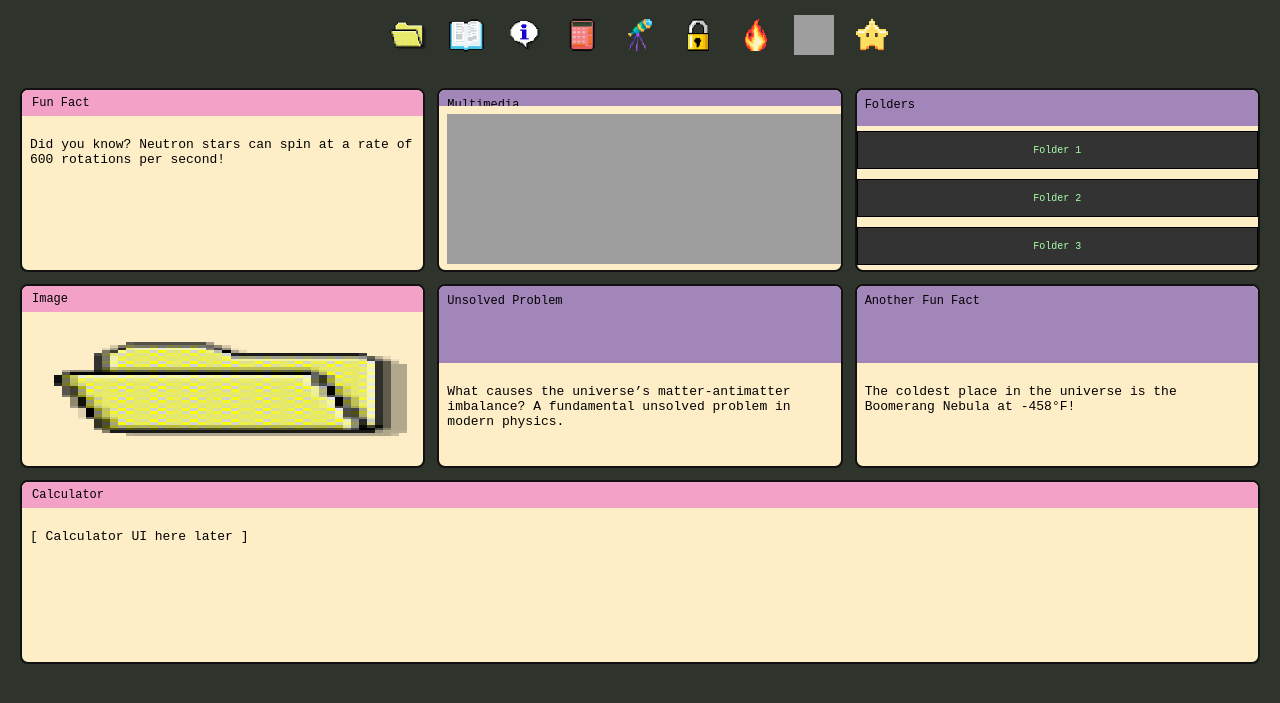
Repository: scarfer14/CCPHYS2L_Project
Page: /dashboard
These files come from the project's save history. The page is drawn as it stood at one moment and after the next save; the edit follows.
The browser window is 1280 px wide. The pictures show the whole page.
Pictures or frames that could not be fetched are drawn as grey boxes. The project was rebuilt for these pictures with package versions that can differ from the ones it lists, and the page was loaded fresh each time. Also part of the build but not shown: vite.config.js, src/astartsc/start.jsx.

Above is the page before, as saved 2025-05-28 23:53:36.

### index.html
<!doctype html>
<html lang="en">
  <head>
    <meta charset="UTF-8" />
    <link rel="icon" type="image/svg+xml" href="/gal.png" />
    <meta name="viewport" content="width=device-width, initial-scale=1.0" />
    <title>Physics Blast</title>
  </head>
  <link href="https://fonts.googleapis.com/css2?family=Orbitron:wght@500&family=Press+Start+2P&display=swap" rel="stylesheet">
  <body>
    <div id="root"></div>
    <script type="module" src="/src/main.jsx"></script>
  </body>
</html>

### src/index.css
:root {
  font-family: 'Press Start 2P', monospace;
  background-color: #2e342b;
  margin: 0;
  padding: 0;
  box-sizing: border-box;
}

body, html {
  margin: 0;
  padding: 0;
  width: 100%;
  height: 100%;
}

### src/App.jsx
import React from 'react';
import { BrowserRouter as Router, Routes, Route } from 'react-router-dom';

import Start from './astartsc/start';
import Dash from './bdashsc/dashnavbar';
import Dashbody from './bdashsc/dashbody';

function Unlock() {
  return (
    <div>
      <Start />
    </div>
  );
}

function Dashboard() {
  return (
    <div>
      <Dash />
      <Dashbody />
    </div>
  );
}

function App() {
  return (
    <Router>
      <Routes>
        <Route path="/" element={<Unlock />} />
        <Route path="/unlock" element={<Unlock />} />
        <Route path="/dashboard" element={<Dashboard />} />
      </Routes>
    </Router>
  );
}

export default App;

### src/bdashsc/dashnavbar.jsx
import React from 'react';
import { useNavigate } from 'react-router-dom';
import './dashnavbar.css';

const icons = [
  'folder', 'book', 'email', 'calc', 'cat',
  'lock', 'fire', 'info', 'star'
];

export default function DashNavbar() {
  return (
    <div className="dash-navbar">
      {icons.map((icon, index) => (
        <button key={index} className="icon-button" title={icon}>
          <img src={`/assets/icons/${icon}.png`} alt={icon} />
        </button>
      ))}
    </div>
  );
}

### src/bdashsc/dashbody.jsx
import React from 'react';
import './dashbody.css';

export default function DashBody() {
  return (
    <div className="dashboard-content">

      <div className="tab fun-fact">
        <div className="tab-header">Fun Fact</div>
        <p>Did you know? Neutron stars can spin at a rate of 600 rotations per second!</p>
      </div>

      <div className="tab multimedia">
        <div className="tab-header1">Multimedia</div>
        <iframe
          src="https://www.youtube.com/embed/pSHVbLPWA28"
          title="Physics Video"
          allowFullScreen
        ></iframe>
      </div>

      <div className="tab folders">
        <div className="tab-header1">Folders</div>
        <button>Folder 1</button>
        <button>Folder 2</button>
        <button>Folder 3</button>
      </div>

      <div className="tab image">
        <div className="tab-header">Image</div>
        <img src="/assets/icons/folder.png" alt="Sample" />
      </div>

      <div className="tab physics-problem">
        <div className="tab-header1">Unsolved Problem</div>
        <p>
          What causes the universe’s matter-antimatter imbalance? A fundamental unsolved problem in modern physics.
        </p>
      </div>

      <div className="tab fun-fact-2">
        <div className="tab-header1">Another Fun Fact</div>
        <p>The coldest place in the universe is the Boomerang Nebula at -458°F!</p>
      </div>

      <div className="tab calculator">
        <div className="tab-header">Calculator</div>
        <p>[ Calculator UI here later ]</p>
      </div>

    </div>
  );
}

### src/astartsc/start.css
/* Import pixel font */
@import url('https://fonts.googleapis.com/css2?family=Press+Start+2P&display=swap');

body {
  margin: 0;
  background: #2e342b;
  font-family: 'Press Start 2P', monospace;
}

/* Fullscreen CRT screen */
.screen {
  width: 100vw;
  height: 100vh;
  background-color: #2e342b;
  padding: 40px; /* simulates the border spacing */
  display: flex;
  flex-direction: column;
  align-items: center;
  justify-content: center;
  box-shadow:
    0 0 60px 20px rgba(0, 0, 0, 0.6),         /* outer soft black glow */
    inset 0 0 200px rgba(0, 0, 0, 0.9),       /* deep vignette */
    inset 0 0 80px rgba(0, 0, 0, 0.7);        /* soft black inner edge */
  position: relative;
  text-align: center;
  box-sizing: border-box;
  overflow: hidden;
  border-radius: 12px; /* Optional CRT curve */
}

/* Text styling */
.welcome {
  color: #99ff99;
  margin-bottom: 10px;
  font-size: 20px;
  margin-bottom: 25px;
}

.title {
  color: #99ff99;
  font-size: 80px;
  line-height: 1.2;
  margin-bottom: 20px;
}

/* Retro button */
.unlock-btn {
  font-size: 15px;
  background-color: transparent;
  color: #aaffaa;
  border: 1px solid #aaffaa;
  padding: 6px 12px;
  cursor: pointer;
  margin-top: 100px;
  animation: blink 1s infinite alternate;
  font-family: 'Press Start 2P', monospace;
}

.unlock-btn:hover {
  background-color: #333;
}

@keyframes blink {
  from { opacity: 5; }
  to { opacity: 0.4; }
}

### src/bdashsc/dashnavbar.css
.dash-navbar {
  background-color: #2e342b;
  padding: 6px 10px;
  display: flex;
  justify-content: center; /* Centers the icons horizontally */
  gap: 10px;
  align-items: center;
}

.icon-button {
  background: transparent;
  border: transparent;
  padding: 4px;
  cursor: pointer;
  transition: transform 0.1s ease-in-out;
}

.icon-button:hover {
  transform: scale(1.1);
  filter: brightness(1.3);
}

.icon-button img {
  margin-top: 5px;
  width: 40px;
  height: 40px;
  image-rendering: pixelated; /* keeps pixel art look */
}

### src/bdashsc/dashbody.css

.dashboard-content {
  display: flex;
  flex-wrap: wrap;
  justify-content: center;
  padding: 20px;
  gap: 12px;

}

.tab {
  background-color: #fdeec7;
  border: 2px solid #111;
  color: #000000;
  font-family: monospace;
  padding: 0;
  flex: 1 1 28%;
  min-width: 250px;
  height: 180px;
  overflow: hidden;
  border-radius: 8px;
  display: flex;
  flex-direction: column;
}

.tab-header {
  background-color: #f4a1c8;
  color: #000000;
  padding: 6px 10px;
  font-size: 12px;
  text-align: left;
}

.tab > *:not(.tab-header) {
  flex: 1;
  padding: 8px;
  overflow: auto;
}

.tab-header1 {
  background-color: #a285b9;
  color: #000000;
  padding: 6px 10px;
  font-size: 12px;
  text-align: left;
}

.tab > *:not(.tab-header) {
  flex: 1;
  padding: 8px;
  overflow: auto;
}


/* Tab-specific styles */
.multimedia iframe {
  width: 100%;
  height: 100%;
  border: none;
}

.folders button {
  display: block;
  margin: 5px 0;
  width: 100%;
  background: #333;
  border: 1px solid #000000;
  color: #aaffaa;
  padding: 6px;
  font-size: 10px;
  cursor: pointer;
  font-family: monospace;
}

.image img {
  width: 100%;
  height: auto;
  image-rendering: pixelated;
}

Loaded but not shown: src/main.jsx (common file)

After the next save:
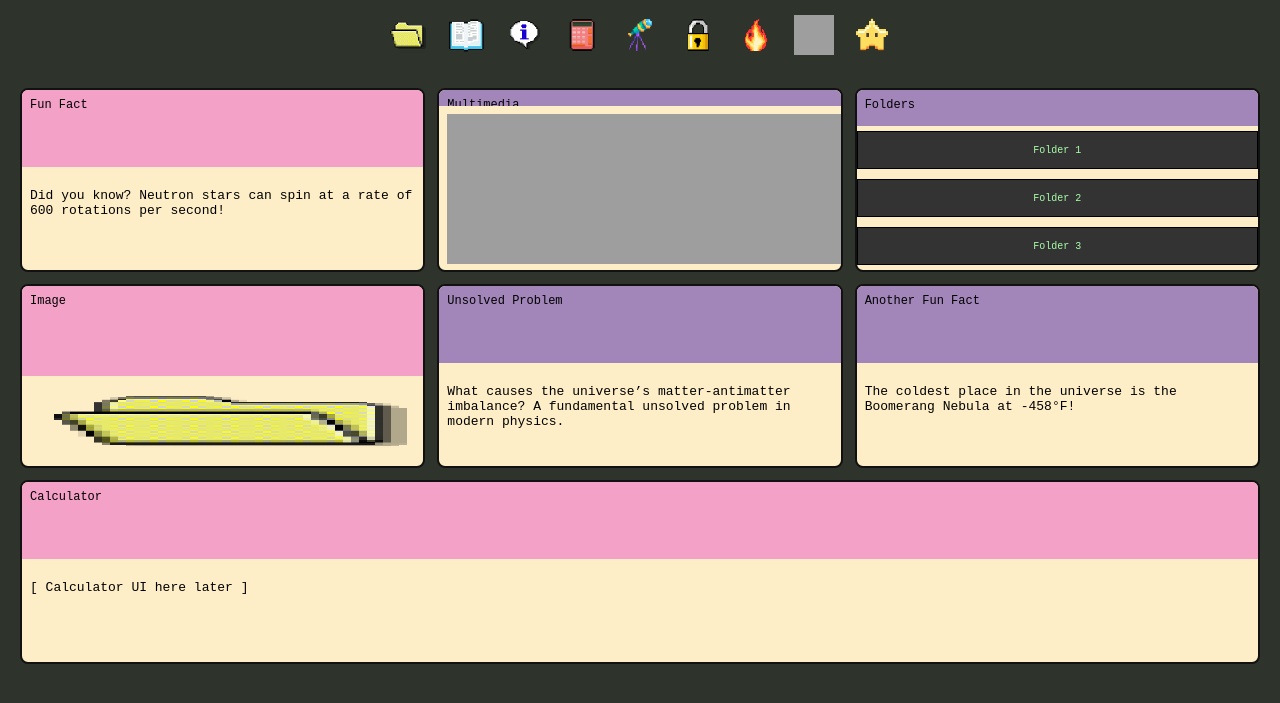
Saved 6 s later.
--- a/src/bdashsc/dashbody.css
+++ b/src/bdashsc/dashbody.css
@@ -45,7 +45,7 @@
   text-align: left;
 }
 
-.tab > *:not(.tab-header) {
+.tab > *:not(.tab-header1) {
   flex: 1;
   padding: 8px;
   overflow: auto;

After the save that followed:
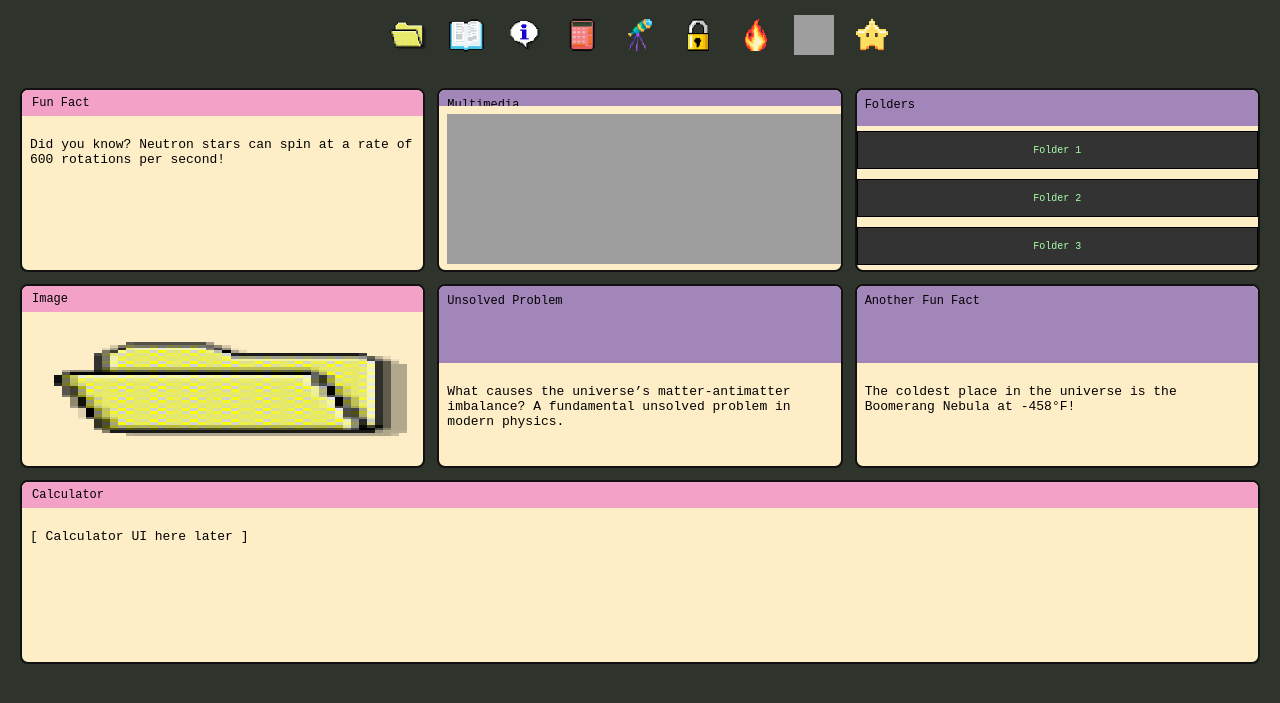
Saved 8 s later.
--- a/src/bdashsc/dashbody.css
+++ b/src/bdashsc/dashbody.css
@@ -45,7 +45,7 @@
   text-align: left;
 }
 
-.tab > *:not(.tab-header1) {
+.tab > *:not(.tab-header) {
   flex: 1;
   padding: 8px;
   overflow: auto;
